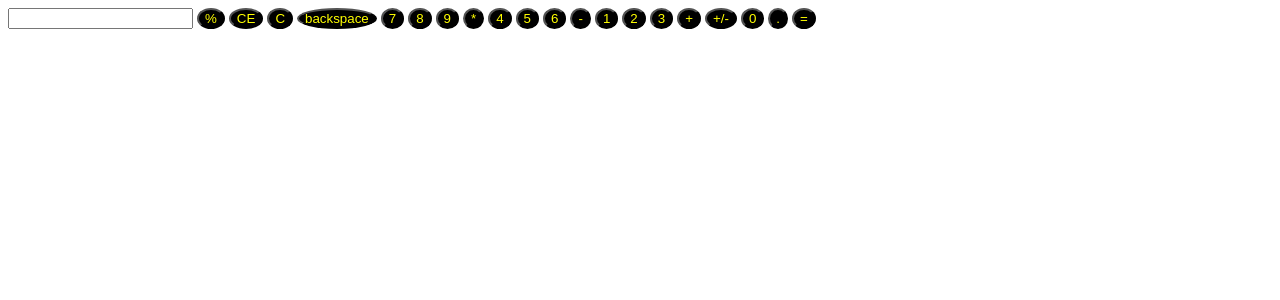
Repository: kirtivaishya/calculator
Page: index.html
An editor plug-in stored every save of this project. The page is shown before and after the next save, followed by the edit.
The browser window is 1280 px wide. The pictures show the whole page.
The style sheet was rebuilt from its Sass, Less or Tailwind sources for each picture, by a compiler version that may differ from the author's.

Above is the page before, as saved 2021-10-14 12:28:26.

### index.html
<!DOCTYPE html>
<html lang="en">
<head>
    <meta charset="UTF-8">
    <meta name="viewport" content="width=device-width, initial-scale=1.0">
    <title>calculator</title>
    <link rel="stylesheet" href="css/component.css">
</head>
<body>
    <section>
        <form action="">
            <input type="number">
            <button class=".btn" id="percentage">%</button>
            <button class=".btn" id="CE">CE</button>
            <button id="C">C</button>
            <button id="backspace">backspace</button>
            <button id="7">7</button>
            <button id="8">8</button>
            <button id="9">9</button>
            <button id="*">*</button>
            <button id="4">4</button>
            <button id="5">5</button>
            <button id="6">6</button>
            <button id="substract">-</button>
            <button id="1">1</button>
            <button id="2">2</button>
            <button id="3">3</button>
            <button id="+">+</button>
            <button id="prefix">+/-</button>
            <button id="0">0</button>
            <button id="dot">.</button>
            <button id="equal">=</button>
        </form>
    </section>
    <script src="js/function.js"></script>
</body>
</html>

### js/function.js
// **********Add the value to input ***********

### css/component.scss
.btn{
    background-color: black;
    color: yellow;
    border-radius: 50%;

}

button {
    background-color: black;
    color: yellow;
    border-radius: 50%;
  }

  form {
  border: 5px black;
  }

After the next save:
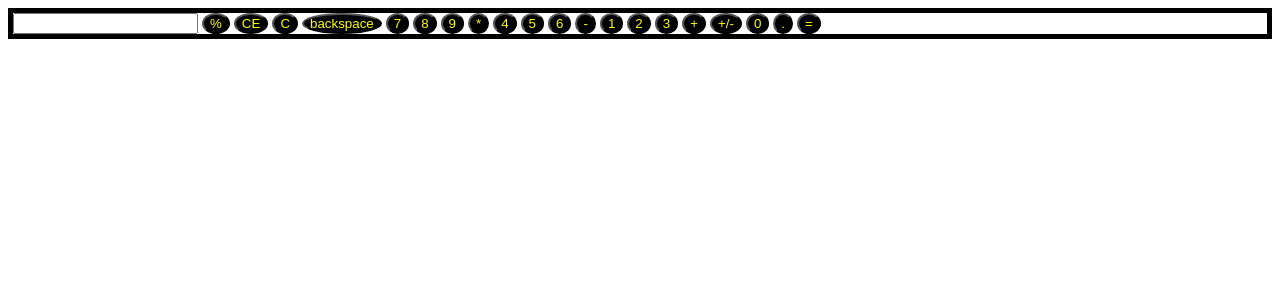
Saved 2 min 7 s later.
--- a/css/component.scss
+++ b/css/component.scss
@@ -12,5 +12,5 @@ button {
   }
 
   form {
-  border: 5px black;
+  border: 5px black solid;
   }
